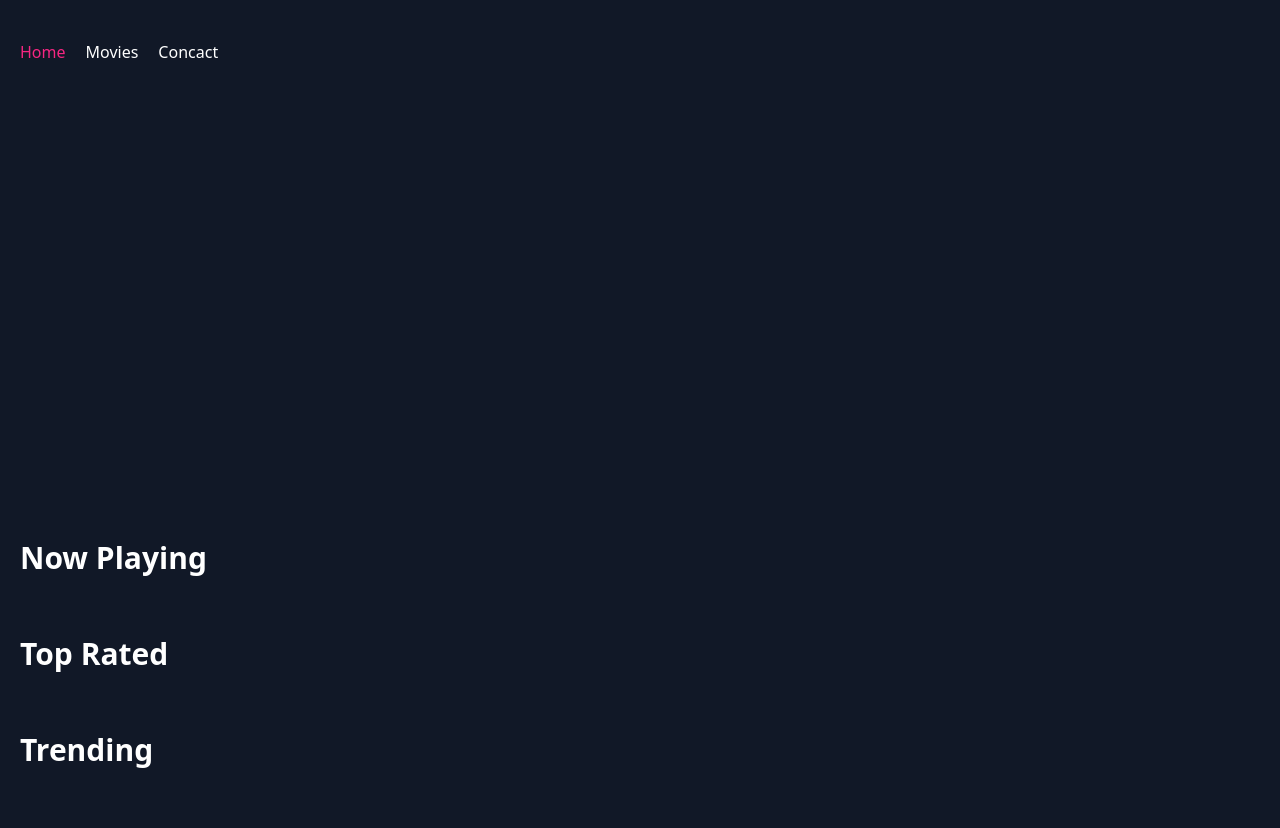
Repository: kieuduc123/ProjectMini-Movies
Page: /
These files come from the project's save history. The page is drawn as it stood at one moment and after the next save; the edit follows.
The browser window is 1280 px wide. The pictures show the whole page.
The project was rebuilt for these pictures with package versions that can differ from the ones it lists, and the page was loaded fresh each time. Also part of the build but not shown: vite.config.js, src/components/movie/MoviCard.jsx, src/page/MoviesPage.jsx, src/page/Concact.jsx.

Above is the page before, as saved 2023-09-05 17:31:11.

### src/main.jsx
import React from 'react'
import ReactDOM from 'react-dom/client'
import App from './App.jsx'
import './index.scss'
import { BrowserRouter } from 'react-router-dom'

ReactDOM.createRoot(document.getElementById('root')).render(
  <React.StrictMode>
    <BrowserRouter>
    <App />
    </BrowserRouter>
  </React.StrictMode>,
)

### src/App.jsx
import { Fragment } from "react";
// import { NavLink } from "react-router-dom";
import "swiper/scss";
import MoviList from "./components/movie/MoviList";
import Banner from "./components/banner/Banner";
import { Route, Routes } from "react-router-dom";
import Main from "./layout/Main";
import Homepage from "./page/Homepage";
import MoviesPage from "./page/MoviesPage";
import Concact from "./page/Concact";


function App() {
  return (
   <Fragment>
    {/* <Banner></Banner> */}

   <Routes>
    <Route  element= {<Main></Main>}>
      {/* <Route path="/" element={<Banner></Banner>}></Route> */}
      <Route path="/" element={
        <>
        <Banner></Banner>
        <Homepage></Homepage>
        </>
        } > </Route>
        <Route path="/movies" element={<MoviesPage></MoviesPage>} >
        </Route>
        <Route path="/concact" element = {<Concact></Concact>}></Route>
    </Route>
   </Routes>
   </Fragment>
  )
}

export default App

### src/index.scss
@tailwind base;
@tailwind components;
@tailwind utilities;

@layer base {
    body {
        @apply bg-gray-900 px-5
    }
}
@layer components {
    .page-container {
        max-width: 1280px;
        margin-left: auto;
        margin-right: auto;
    }
    .movies-list .swiper-slide {
        width: 300px !important;
        height: auto;
    }
    .banner .swiper {
        height: 100%;
    }
}

### src/components/movie/MoviList.jsx
import React, { useEffect, useState } from 'react';
import MoviCard from './MoviCard';
import { SwiperSlide, Swiper } from 'swiper/react';
import useSWR from "swr";
import {fetcher} from "../../config";

const MoviList = ({type = "now_playing"}) => {
    const {data} = useSWR(`https://api.themoviedb.org/3/movie/${type}?api_key=82f981a5eeb9176fcf0342b76912bc77`, fetcher);
    // console.log("movies ~ data" , data);
    const movies = data ?.results || [];
//    const [movies, setMovies] = useState([]);
//    useEffect(() =>{
//    if (data && data.results)  setMovies(data.results);
//    },[data]);
//    console.log(movies);
    return (
        <div className="movies-list">
        <Swiper grabCursor={"true"} spaceBetween={40} slidePrevView={"auto"}>
            {movies.length > 0 && movies.map((item) =>(
               <SwiperSlide key={item.id}>
                  <MoviCard item={item}></MoviCard>
               </SwiperSlide>
                ))}
        </Swiper>
     </div>
    );
};

export default MoviList;

### src/components/banner/Banner.jsx
import React from 'react';
import useSWR from 'swr';
import { fetcher } from '../../config';
import { SwiperSlide, Swiper } from 'swiper/react';
const Banner = () => {
    const {data} = useSWR (
        `https://api.themoviedb.org/3/movie/upcoming?api_key=82f981a5eeb9176fcf0342b76912bc77`, fetcher
    )
    const movies = data ?.results || [];
    return (

 <section className="banner h-[500px] page-container mb-10 overflow-hidden ">
  <Swiper grabCursor="true" slidePrevClass={"auto"} >
    {movies.length > 0 && movies.map ((item) => (
    <SwiperSlide key={item.id}>
        <BannerItem item= {item}></BannerItem>
    </SwiperSlide>
     ))}
  </Swiper>
</section>

    );
};

function BannerItem ({item}){
    const {
        title,
        poster_path,
    }
    = item;
    return (
        <div className="w-full h-full rounded-lg relative">
  <div className="overlay absolute inset-0 bg-gradient-to-t from-[rgba(0,0,0,0.5)] to-[rgba(0,0,0,0.5)] rounded-md"></div>
  <img src={`https://image.tmdb.org/t/p/w500/${poster_path}`} alt="" className="w-full h-full object-cover rounded-lg object-center" />
  <div className="absolute left-5 bottom-5 w-full text-white">
    <h2 className="font-bold text-3xl mb-5">Avengers: Endgame</h2>
    <div className="flex items-center gap-x-3">
      <span className="py-2 px-2 border border-white rounded-md">Adventure</span>
      <span className="py-2 px-2 border border-white rounded-md">Adventure</span>
      <span className="py-2 px-2 border border-white rounded-md">Adventure</span>
    </div>
    <button className="py-3 px-6 rounded-lg file:"></button>
  </div>
</div>
    )

}
export default Banner;

### src/layout/Main.jsx
import React, { Fragment } from 'react';
import Header from './Header';
import { Outlet } from 'react-router-dom';
const Main = () => {
    return (
    <Fragment>
       <Header></Header>
       <Outlet></Outlet>
    </Fragment>


    );
};

export default Main;

### src/page/Homepage.jsx
import React, { Fragment } from 'react';
import MoviList from '../components/movie/MoviList';
// import Banner from '../components/banner/Banner';

const Homepage = () => {
    return (
        <Fragment>
           <section className="movies-layout page-container pb-10">
               <h2 className="capitalize text-white mb-5 text-3xl font-bold">Now Playing</h2>
               <MoviList></MoviList>
           </section>
           <section className="movies-layout page-container pb-10">
             <h2 className="capitalize text-white mb-5 text-3xl font-bold">Top Rated </h2>
             <MoviList type = "top_rated"> </MoviList>
           </section>
          < section className="movies-layout page-container pb-10">
           <h2 className="capitalize text-white mb-5 text-3xl font-bold">Trending</h2>
           <MoviList type = "popular"> </MoviList>
           </section>
        </Fragment>
    );
};

export default Homepage;

### src/layout/Header.jsx
import React from 'react';
import { NavLink } from 'react-router-dom';

const Header = () => {
    return (
    <header className="header flex items-center justify-center gap-x-5   fixed text-white py-10 mb-5">
         <NavLink to= "/"
         className={({isActive}) => (isActive ? "text-primary" : "")}
         >Home</NavLink>
         <NavLink to= "/movies" className={({isActive}) => (isActive ?        "text-primary" :"")}>Movies</NavLink>
         <NavLink to= "/concact " className={({isActive}) => (isActive ?   "text-primary" :"")}>Concact</NavLink>
   </header>
    );
};

export default Header;

### tailwind.config.js
/** @type {import('tailwindcss').Config} */
export default {
  content: [
    "./index.html",
    "./src/**/*.{js,ts,jsx,tsx}",
  ],
  theme: {
    extend: {
      colors: {
        primary : "#F62682",
      }
    },
  },
  plugins: [],
}

Loaded but not shown: index.html (common file); src/config.jsx (no stored copy; drawn as an empty file)

After the next save:
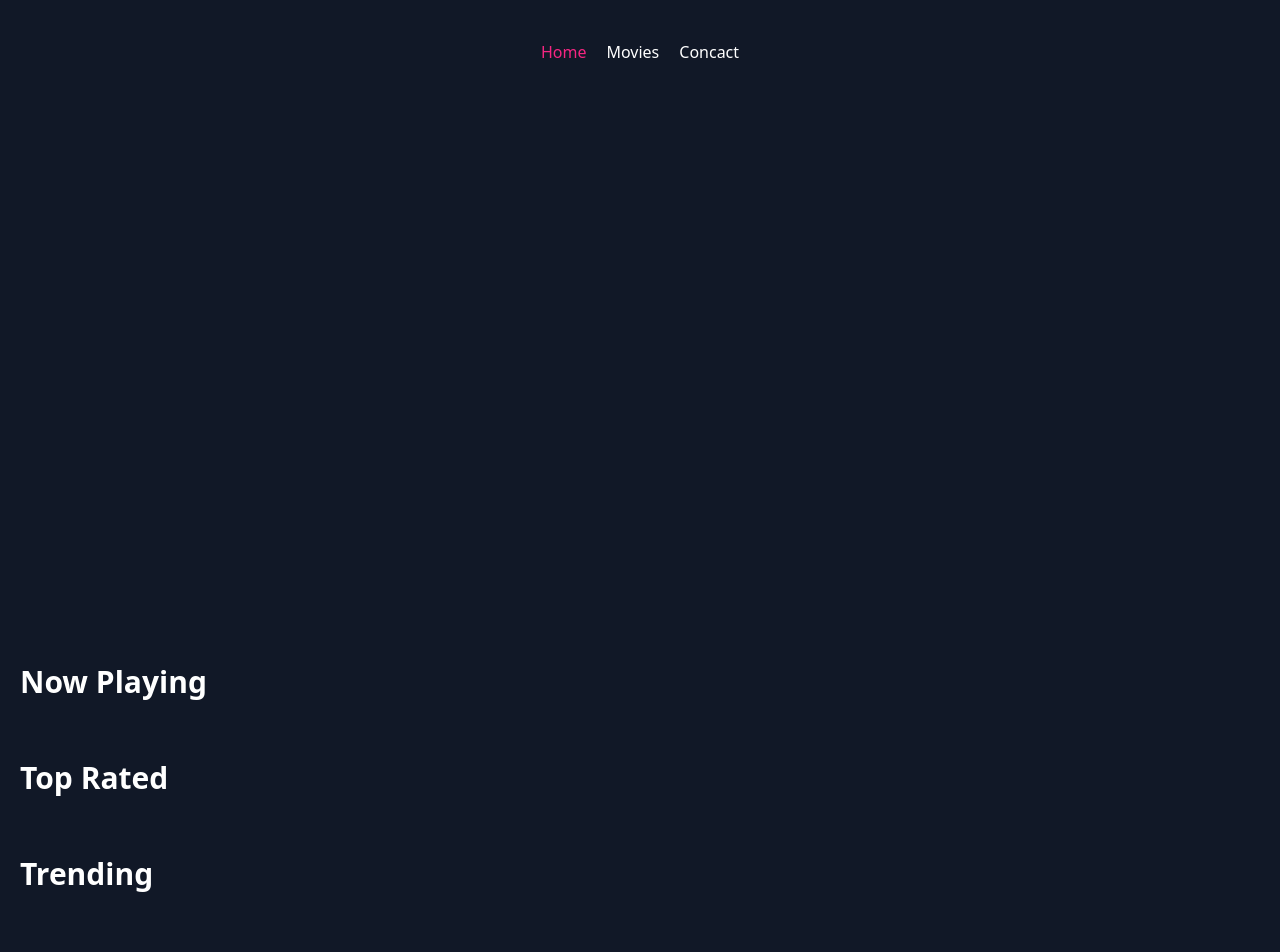
Saved 17 s later.
--- a/src/layout/Header.jsx
+++ b/src/layout/Header.jsx
@@ -3,7 +3,7 @@ import { NavLink } from 'react-router-dom';
 
 const Header = () => {
     return (
-    <header className="header flex items-center justify-center gap-x-5   fixed text-white py-10 mb-5">
+    <header className="header flex items-center justify-center gap-x-5  text-white py-10 mb-5">
          <NavLink to= "/"
          className={({isActive}) => (isActive ? "text-primary" : "")}
          >Home</NavLink>
